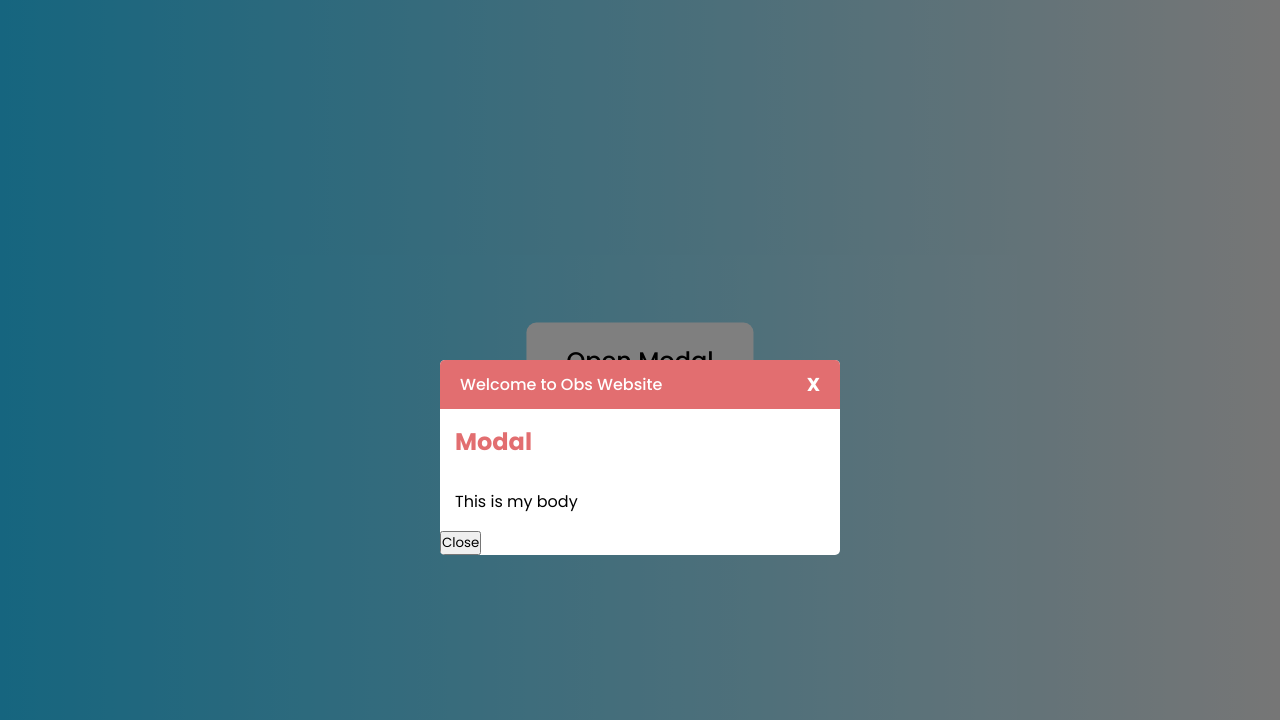
Repository: lausamtuong/Modal_card
Page: index.html
The author's editor kept a copy of each file at every save. The page is drawn from the files as they stood at one save, then again after the next save.
The browser window is 1280 px wide. The pictures show the whole page.
The style sheet was rebuilt from its Sass, Less or Tailwind sources for each picture, by a compiler version that may differ from the author's.

Above is the page before, as saved 2021-12-15 06:58:10.

### index.html
<!DOCTYPE html>
<html lang="en">
<head>
    <meta charset="UTF-8">
    <meta http-equiv="X-UA-Compatible" content="IE=edge">
    <meta name="viewport" content="width=device-width, initial-scale=1.0">
    <link rel="stylesheet" href="style.css">
    <link href="https://fonts.googleapis.com/css2?family=Poppins:wght@400;500;700&display=swap" rel="stylesheet">
    <title>Document</title>
</head>
<body>
    <button class="open__btn">Open Modal</button>
    <div class="modal">
        <div class="modal__inner">
            <div class="modal__header">
                <p>Welcome to Obs Website</p>
                <h3>X</h3>
            </div>
            <div class="modal__body">
                <h2>Modal</h2>
                <p>This is my body</p>
            </div>
            <div class="modal__footer">
                <button class="modal__close-btn">Close</button>
            </div>
        </div>
    </div>
</body>
</html>

### style.scss
*{
    margin: 0;
    padding: 0;
    box-sizing: border-box;
    font-family: 'Poppins', sans-serif;
}
:root{
    --primary-color:#e26e70;
}
body{
    height: 100vh;
    background:  linear-gradient( to right,#2cccff ,#eee );;
}
.open__btn{
     position: relative;;
   top:50%;
   left:50%;
   transform: translate(-50%,-50%);
   outline: none;
   border: none;
   padding : 20px 40px;
   font-weight: 500;
   font-size: 1.5rem;
   border-radius: 10px;
   background-color:#fff;
   &:hover{
      opacity: 0.7;
       cursor: pointer;
       transition: 0.5s;
   }
}
.modal{
    background-color: rgba(0,0,0,0.5);
    position:fixed;
    top:0;
    height: 100vh;
    width:100vw;
    &__inner{
        position:relative;
        width:400px;
        top:50%;
        margin : auto;
        background-color: #fff;
        border-radius: 5px;
        overflow:hidden;
    }
    &__header{
        display: flex;
        justify-content: space-between;
        align-items: center;
        background-color:var(--primary-color);
        padding:10px 20px;
        font-weight: 500;
        font-size: 1rem;
        color:#fff;
    }
    &__body{
        h2{
            color:var(--primary-color);
            font-weight: 700;
            font-size: 1.5rem;
            padding: 15px;
        }
        p{
            padding :15px;
        }
    }
}

After the next save:
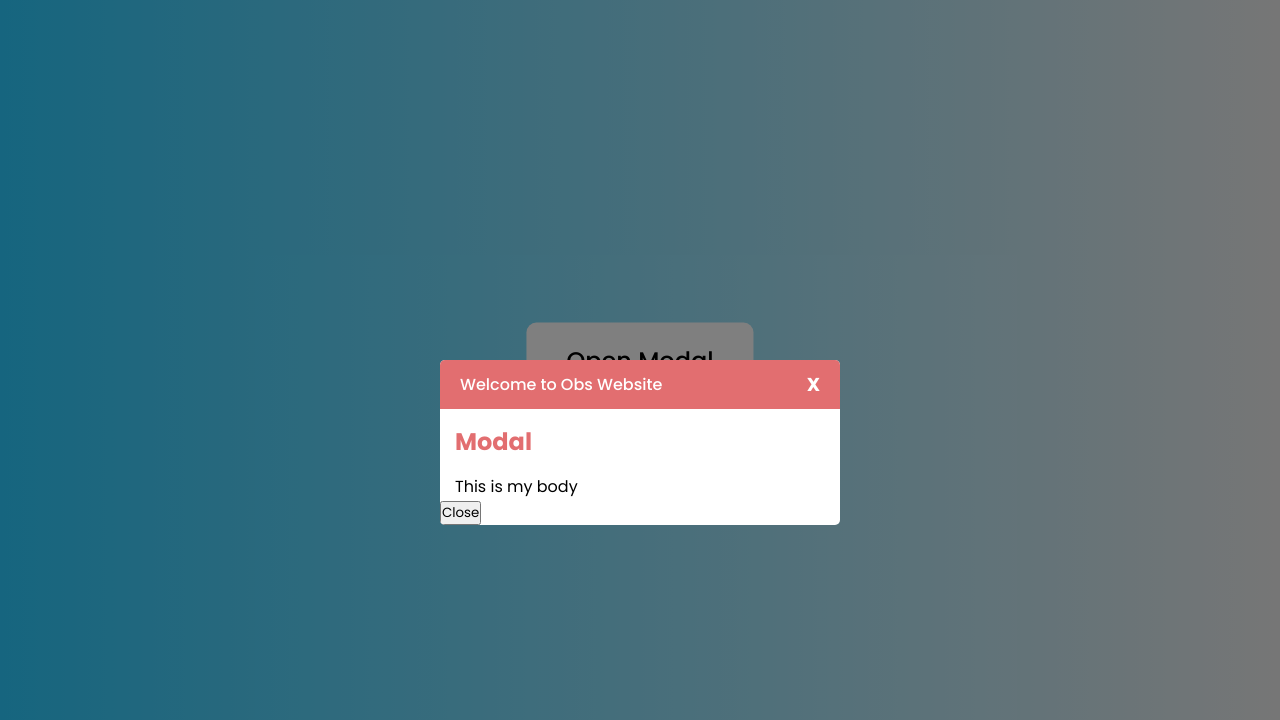
Saved 8 s later.
--- a/style.scss
+++ b/style.scss
@@ -62,7 +62,7 @@ body{
             padding: 15px;
         }
         p{
-            padding :15px;
+            padding :0 15px;
         }
     }
 }
